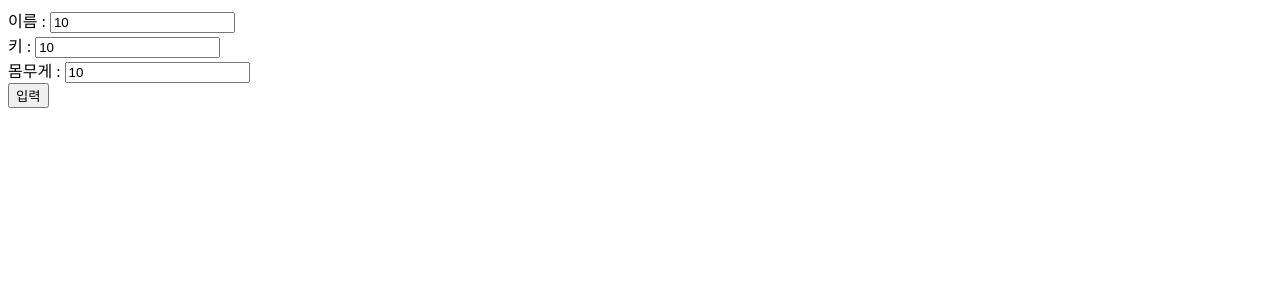
Repository: bbseok97/HTML
Page: http://localhost/jspbasic/request/quiz/req_quiz_01.jsp
The author's editor kept a copy of each file at every save. The page is drawn from the files as they stood at one save, then again after the next save.
The browser window is 1280 px wide. The pictures show the whole page.
The page is served by Tomcat 9. Other server files are loaded and not shown.

Above is the page before, as saved 2024-04-05 08:58:05.

### jspbasic/src/main/webapp/request/quiz/req_quiz_01.jsp
<%@page import="javax.print.attribute.IntegerSyntax"%>
<%@ page language="java" contentType="text/html; charset=UTF-8"
    pageEncoding="UTF-8"%>

<!DOCTYPE html>
<html>
	<head>
		<meta charset="UTF-8">
		<title>req_quiz_01</title>
	</head>
	<body>
		<form action="req_quiz_result.jsp" method="post">
		<%--
			1. form 태그를 이용해서 post형식으로 이름, 키와 몸무게를 입력받음
			2. req_quiz_result.jsp로 전송
			3. 해당 페이지에서는 넘어간 값을 BMI 지수를 처리
			4. BMI공식 = kg / (cm/100 * cm/100)
				-> String 형식으로 넘어가기 때문에 Integer.parseInt(값) -> Double.parseDouble(값)
				화면에 이름, 키, 몸무게 BMI 지수를 출력
				if를 통해 BMI 지수가 25이상 과체중, 18 이하라면 저체중, 나머지는 정상으로 출력
		 --%>
		 	이름 :
		 	<input type="text" value="10" name="name"><br>
		 	키 :
		 	<input type="text" value="10" name="height"><br>
		 	몸무게 :
		 	<input type="text" value="10" name="weight"><br>

		 	<input type="submit" value="입력"><br>
		 </form>
	</body>
</html>

After the next save:
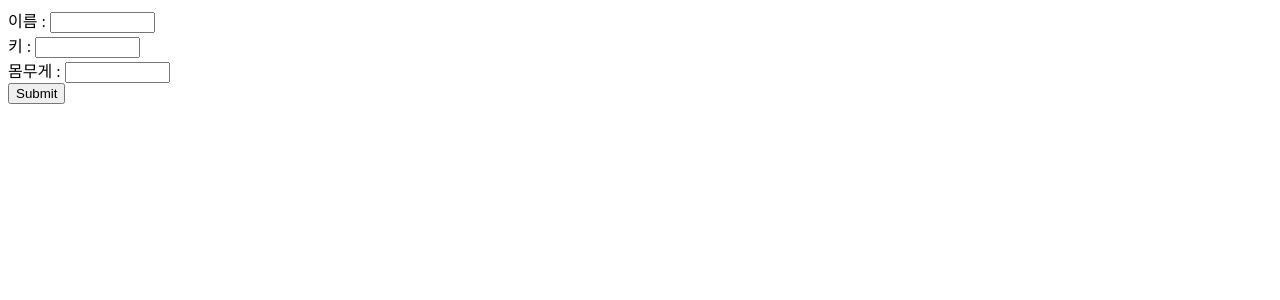
Saved 76 s later.
--- a/jspbasic/src/main/webapp/request/quiz/req_quiz_01.jsp
+++ b/jspbasic/src/main/webapp/request/quiz/req_quiz_01.jsp
@@ -20,13 +20,13 @@
 				if를 통해 BMI 지수가 25이상 과체중, 18 이하라면 저체중, 나머지는 정상으로 출력
 		 --%>
 		 	이름 :
-		 	<input type="text" value="10" name="name"><br>
+		 	<input type="text" size="10" name="name"><br>
 		 	키 :
-		 	<input type="text" value="10" name="height"><br>
+		 	<input type="text" size="10" name="height"><br>
 		 	몸무게 :
-		 	<input type="text" value="10" name="weight"><br>
+		 	<input type="text" size="10" name="weight"><br>
 
-		 	<input type="submit" value="입력"><br>
+		 	<input type="submit" size="입력"><br>
 		 </form>
 	</body>
 </html>
